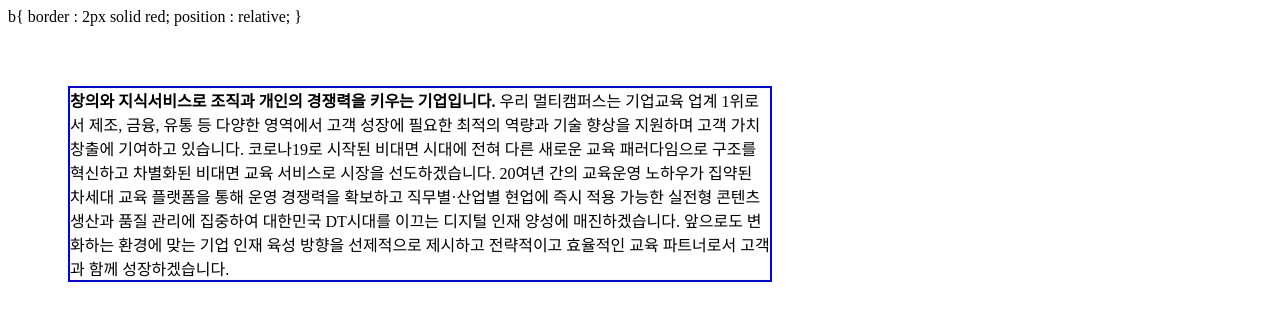
Repository: zmfhd1/Web
Page: boardtest/WebContent/WEB-INF/relative.html
These files come from the project's save history. The page is drawn as it stood at one moment and after the next save; the edit follows.
The browser window is 1280 px wide. The pictures show the whole page.

Above is the page before, as saved 2021-08-23 00:58:48.

### boardtest/WebContent/WEB-INF/relative.html
<!DOCTYPE html>
<head>
  <meta charset="UTF-8">
  <title>Document</title>
  <style type="text/css">
  .content{
  border : 2px solid blue;
  width : 700px;
  margin: 40px;
   position : relative;
  top : 20px;
  left : 20px;

  }
  </style>
  b{
  border : 2px solid red;
  position : relative;
  }



</head>

<body>
    <div class="content">
      <div class="text">
        <b>창의와 지식서비스로 조직과 개인의 경쟁력을 키우는 기업입니다.</b>
        우리 멀티캠퍼스는 기업교육 업계 1위로서 제조, 금융, 유통 등 다양한 영역에서 고객 성장에 필요한 최적의 역량과 기술 향상을 지원하며 고객 가치 창출에 기여하고 있습니다.
	코로나19로 시작된 비대면 시대에 전혀 다른 새로운 교육 패러다임으로 구조를 혁신하고 차별화된 비대면 교육 서비스로 시장을 선도하겠습니다.
	20여년 간의 교육운영 노하우가 집약된 차세대 교육 플랫폼을 통해 운영 경쟁력을 확보하고 직무별·산업별 현업에 즉시 적용 가능한 실전형 콘텐츠 생산과 품질 관리에 집중하여 대한민국 DT시대를 이끄는 디지털 인재 양성에 매진하겠습니다.
	앞으로도 변화하는 환경에 맞는 기업 인재 육성 방향을 선제적으로 제시하고 전략적이고 효율적인 교육 파트너로서 고객과 함께 성장하겠습니다.
      </div>
    </div>
</body>
</html>

After the next save:
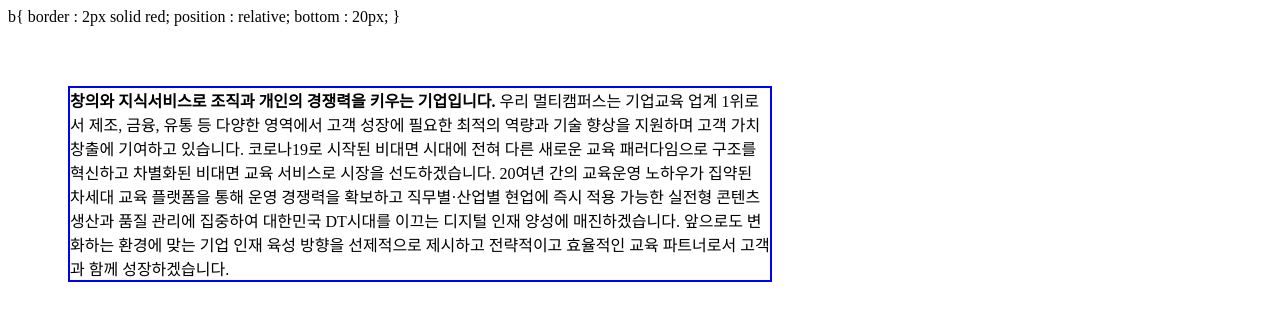
Saved 9 s later.
--- a/boardtest/WebContent/WEB-INF/relative.html
+++ b/boardtest/WebContent/WEB-INF/relative.html
@@ -16,6 +16,7 @@
   b{
   border : 2px solid red;
   position : relative;
+  bottom : 20px;
   }
 
 
